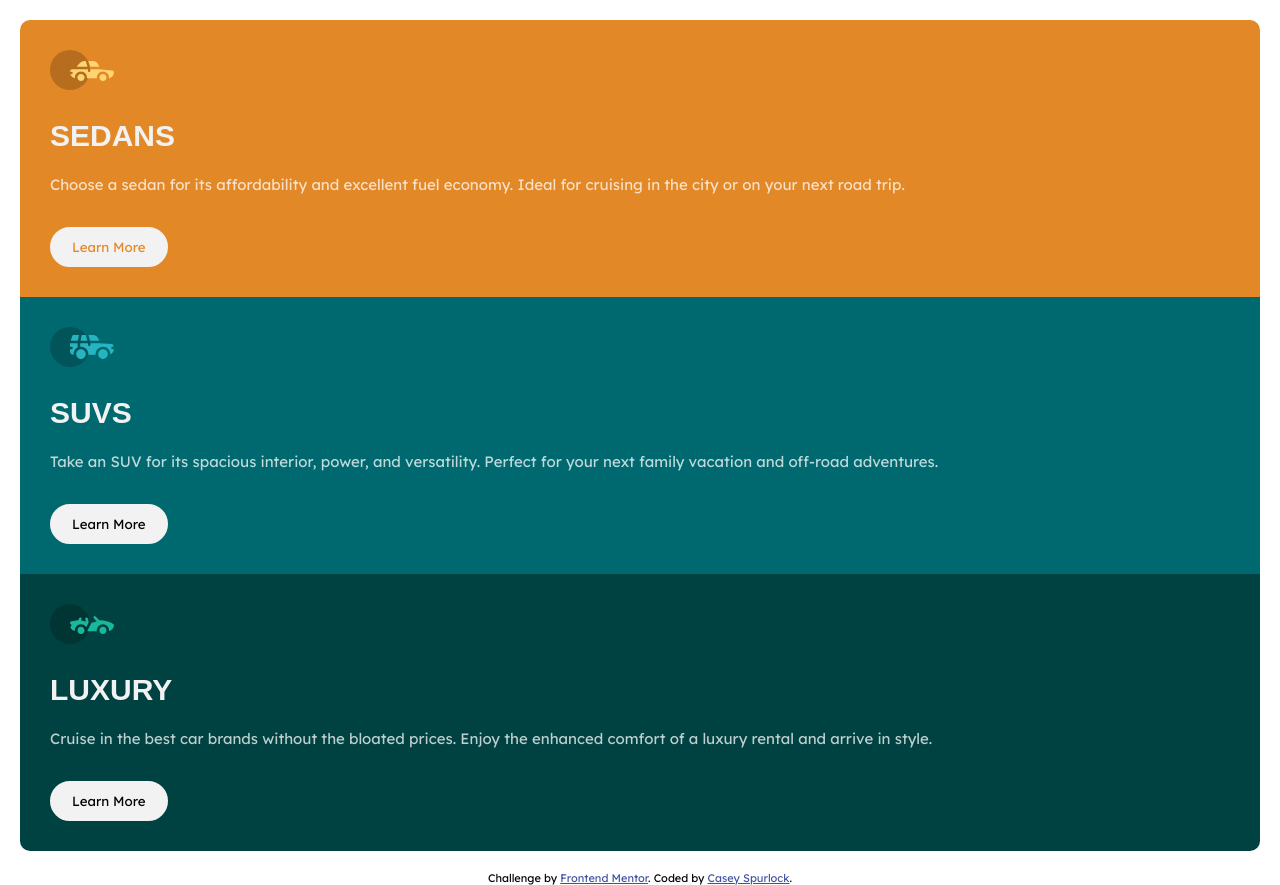
Repository: CaseySpurlock/3-column-preview-card-component-main
Page: index.html
These files come from the project's save history. The page is drawn as it stood at one moment and after the next save; the edit follows.
The browser window is 1280 px wide. The pictures show the whole page.

Above is the page before, as saved 2021-06-23 11:09:19.

After the next save:
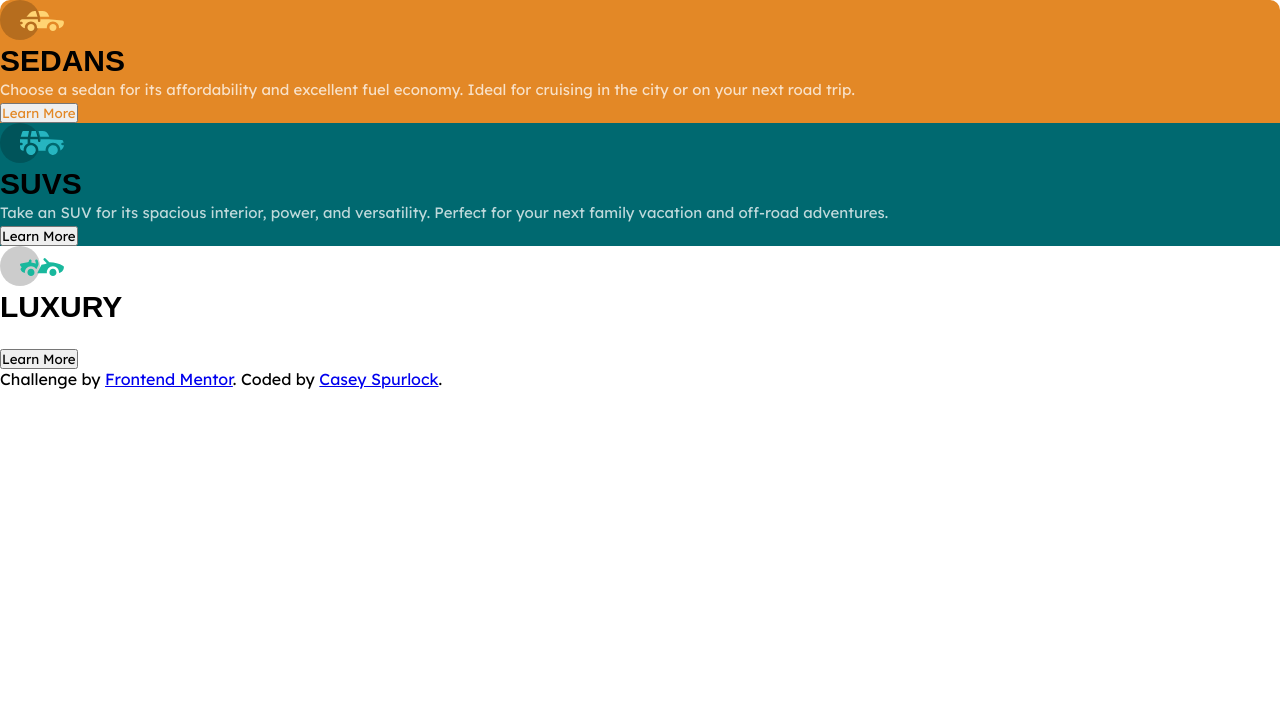
Saved 41 s later.
--- a/style.css
+++ b/style.css
@@ -31,6 +31,10 @@
 
 .dark-cyan {
     background-color: hsl(184, 100%, 22%);
+}
+
+.dark-cyan .btn {
+    color: hsl(184, 100%, 22%;
 }
 
 .very-dark-cyan {

After the save that followed:
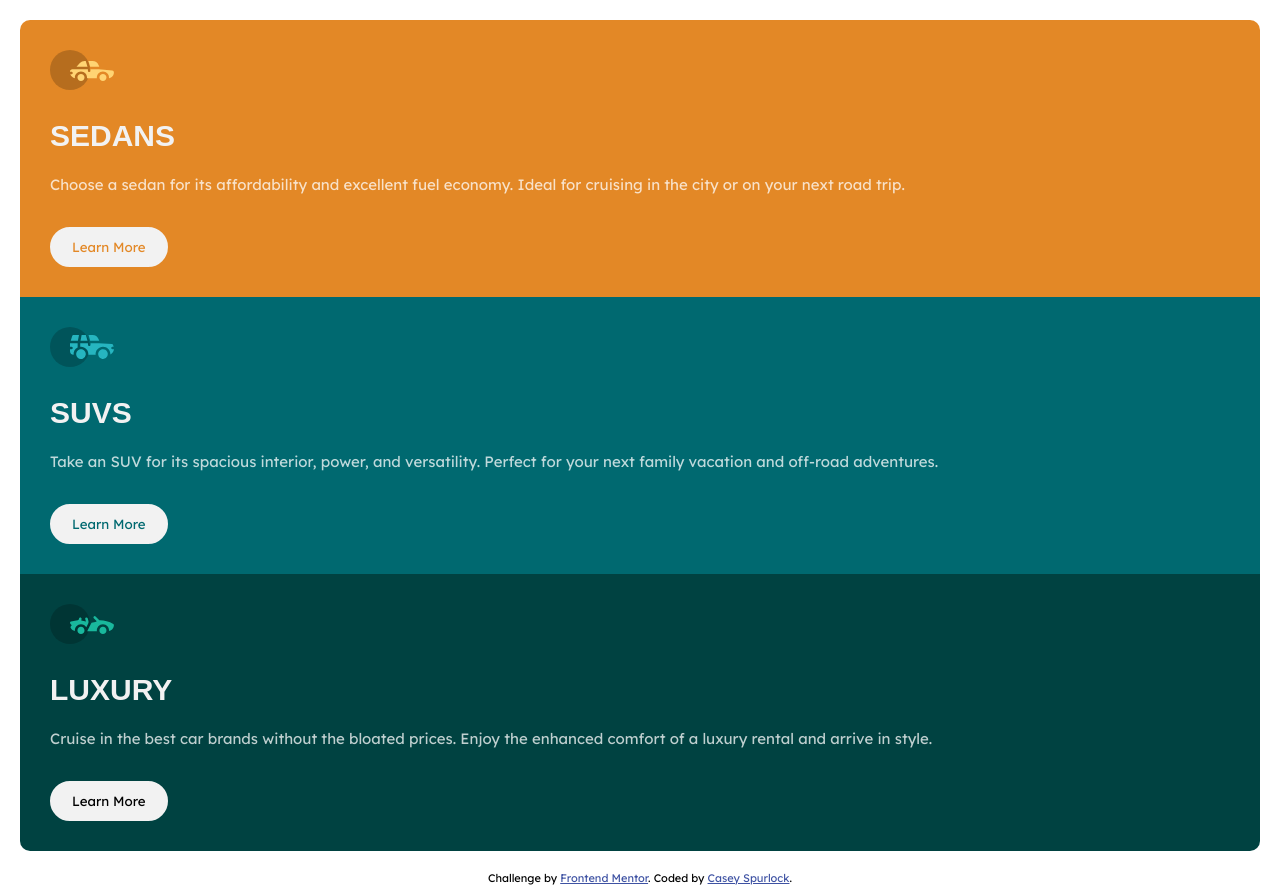
Saved 13 s later.
--- a/style.css
+++ b/style.css
@@ -34,7 +34,7 @@
 }
 
 .dark-cyan .btn {
-    color: hsl(184, 100%, 22%;
+    color: hsl(184, 100%, 22%);
 }
 
 .very-dark-cyan {
